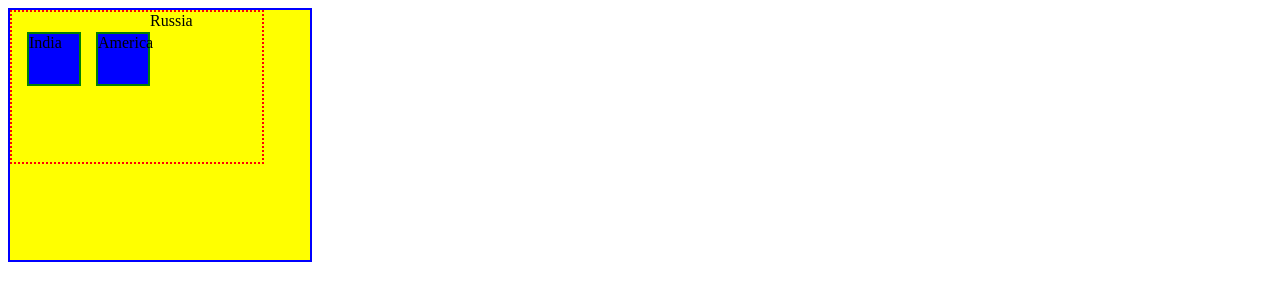
Repository: Balamurugan1914/crud_operation_without_db
Page: CSS_EXAMPLE/src/main/webapp/Boxmodel.html
These files come from the project's save history. The page is drawn as it stood at one moment and after the next save; the edit follows.
The browser window is 1280 px wide. The pictures show the whole page.

Above is the page before, as saved 2022-06-27 07:16:17.

### CSS_EXAMPLE/src/main/webapp/Boxmodel.html
<!DOCTYPE html>
<html>
<head>
<meta charset="UTF-8">
<title>Insert title here</title>
<link href="Style/boxmodel.css" type="text/css" rel="stylesheet">
</head>
<body>


<div id="outermost" class="outer">
	<div id="innermost" class="inner">
		<div id="child1" class="child">India</div>
		<div id="child2" class="child1">America</div>
		<div id="child3" class="child2">Russia</div>
	</div>
</div>

</body>
</html>

### CSS_EXAMPLE/src/main/webapp/Style/boxmodel.css
@charset "UTF-8";


.outer{

	width: 300px;
	height: 250px;
	border: 2px  solid blue;
	background-color: yellow

}

.inner{



	width: 250px;
	height: 150px;
	border: 2px  dotted red;

}

.child{
	margin-top: 20px;
	width: 50px;
	height: 50px;
	border: 2px solid green;
	display: inline;
	float: left;
	margin-left: 15px;
	background-color: blue

}
.child1{
	margin-top: 20px;
	width: 50px;
	height: 50px;
	border: 2px solid green;
	display: inline;
	float: left;
	margin-left: 15px;
	background-color: blue

}

After the next save:
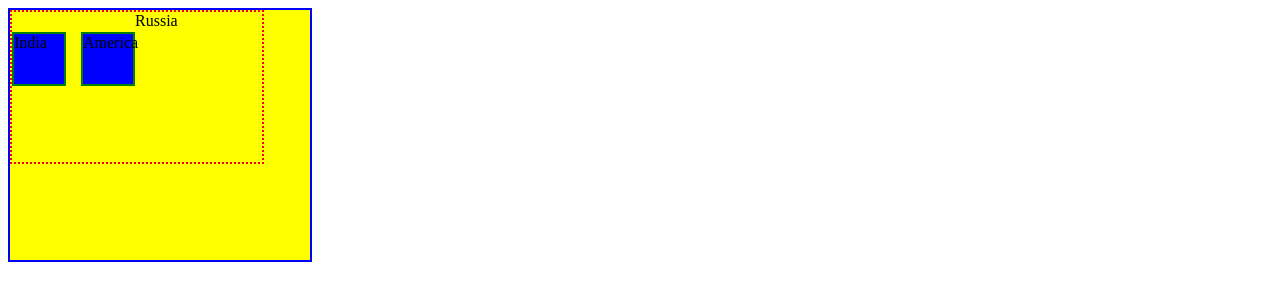
Saved 22 s later.
--- a/CSS_EXAMPLE/src/main/webapp/Style/boxmodel.css
+++ b/CSS_EXAMPLE/src/main/webapp/Style/boxmodel.css
@@ -27,7 +27,7 @@
 	border: 2px solid green;
 	display: inline;
 	float: left;
-	margin-left: 15px;
+
 	background-color: blue
 
 }
